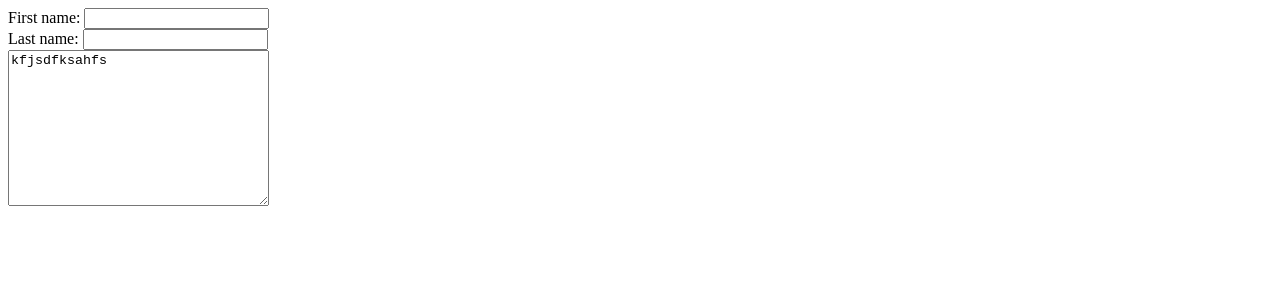
Repository: N1connys/person
Page: review.html
These files come from the project's save history. The page is drawn as it stood at one moment and after a run of saves; the edit follows.
The browser window is 1280 px wide. The pictures show the whole page.

Above is the page before, as saved 2023-02-20 21:04:59.

### review.html
<!DOCTYPE html>
<html lang="en">
<head>
    <meta charset="UTF-8">
    <meta http-equiv="X-UA-Compatible" content="IE=edge">
    <meta name="viewport" content="width=device-width, initial-scale=1.0">
    <title>Document</title>
</head>
<body>
    <form action="">
First name: <input type="text" name="firstname"><br>
Last name: <input type="password" name="lastname">
</form>
<textarea name="11" id="11" cols="30" rows="10">kfjsdfksahfs</textarea>
<!-- col 列数，row 行数 -->
<!-- 复选框 -->

</body>
</html>

After the next 3 saves:
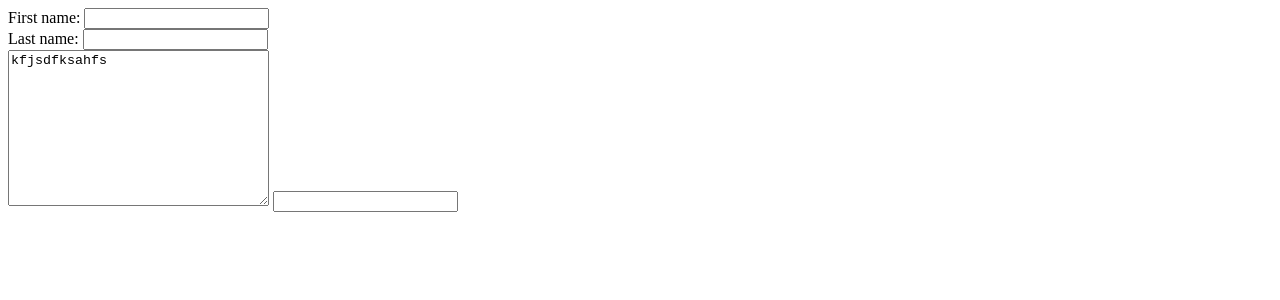
The 3 saves are shown as one change because they came seconds apart.
The last was saved 13 min 57 s later.
--- a/review.html
+++ b/review.html
@@ -14,6 +14,6 @@ Last name: <input type="password" name="lastname">
 <textarea name="11" id="11" cols="30" rows="10">kfjsdfksahfs</textarea>
 <!-- col 列数，row 行数 -->
 <!-- 复选框 -->
-
+<input type="" name="" id="">
 </body>
 </html>
